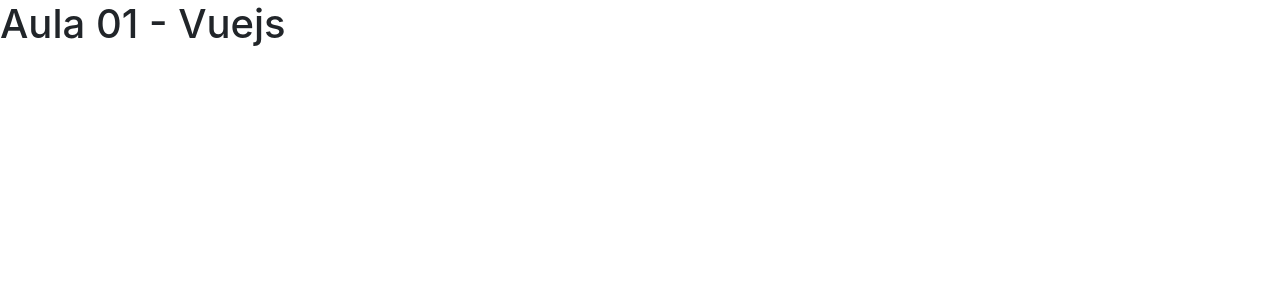
Repository: wolwerr/VueJs-Ninja
Page: Aula-11.html
The author's editor kept a copy of each file at every save. The page is drawn from the files as they stood at one save, then again after the next save.
The browser window is 1280 px wide. The pictures show the whole page.

Above is the page before, as saved 2021-10-24 23:04:22.

After the next save:
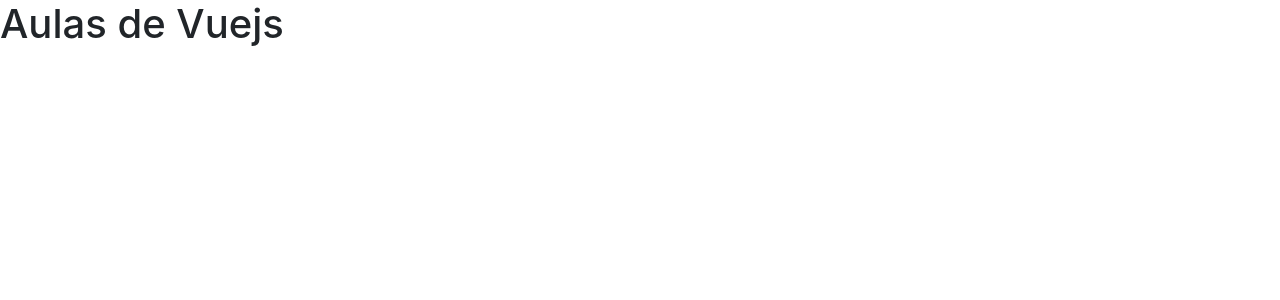
Saved 16 s later.
--- a/Aula-11.html
+++ b/Aula-11.html
@@ -21,9 +21,8 @@
             el: "#app",
 
             data: {
-                titulo: "Aula 01 - Vuejs",
-                firstName: "",
-                lastName: "",
+                titulo: "Aulas de Vuejs",
+
 
 
             }
